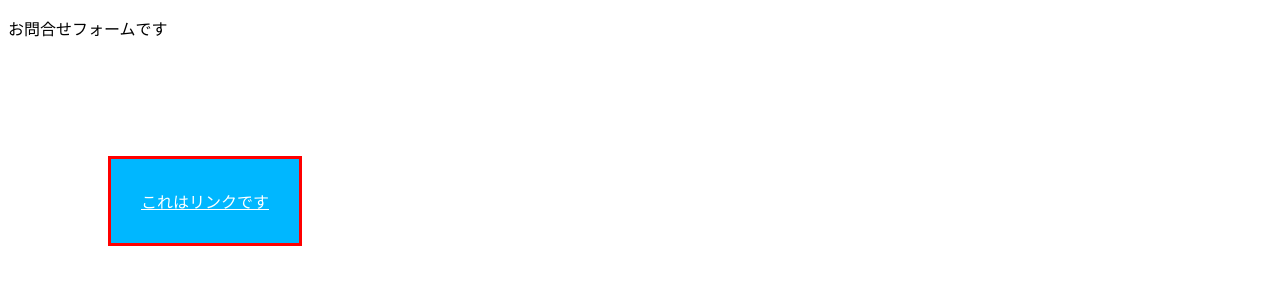
Repository: Jutta197/frontend726
Page: css_ex/box_model/index.html
An editor plug-in stored every save of this project. The page is shown before and after the next save, followed by the edit.
The browser window is 1280 px wide. The pictures show the whole page.

Above is the page before, as saved 2023-07-28 14:36:43.

After the next save:
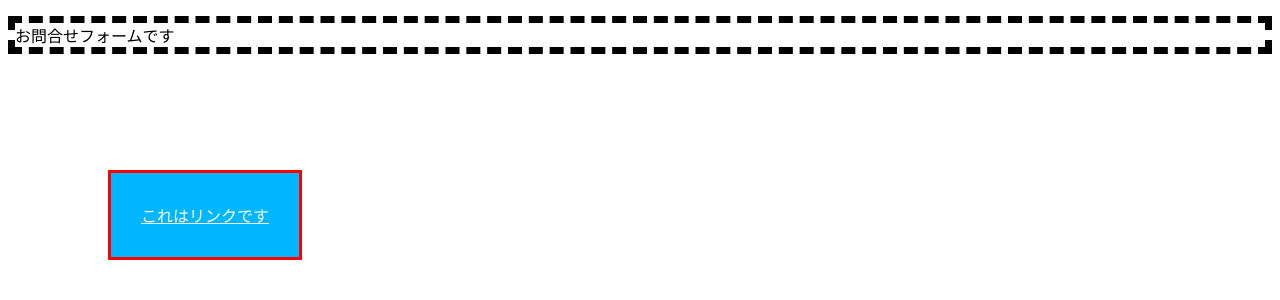
Saved 8 min 38 s later.
--- a/css_ex/box_model/style.css
+++ b/css_ex/box_model/style.css
@@ -7,3 +7,8 @@ a {
     padding: 30px;
     margin: 100px;
 }
+
+p {
+    border-style: dashed;
+    border-width: 7px;
+}
